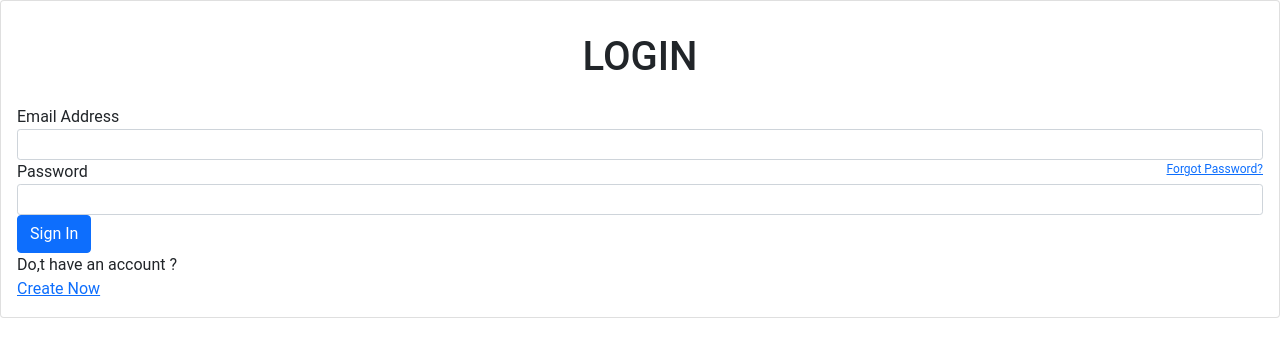
Repository: zjria/Bootstrap_logIn_1
Page: LoginPage/index.html
An editor plug-in stored every save of this project. The page is shown before and after the next save, followed by the edit.
The browser window is 1280 px wide. The pictures show the whole page.

Above is the page before, as saved 2022-06-14 10:58:45.

After the next save:
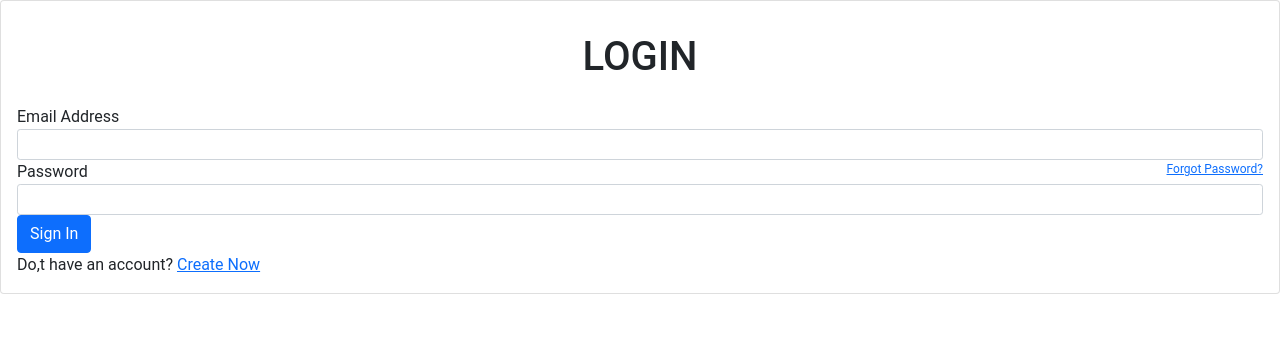
Saved 15 s later.
--- a/LoginPage/index.html
+++ b/LoginPage/index.html
@@ -35,7 +35,7 @@
                             <input type="password" class="form-control form-control-sm" id="exampleInputPassword1">
                         </div>
                         <button class="btn btn-primary btn-block">Sign In</button>
-                        <div class="singUp">Do,t have an account ?</div> <a href="#">Create Now</a>
+                        <div class="singUp">Do,t have an account? <a href="#">Create Now</a></div>
                     </form>
                 </div>
             </div>
